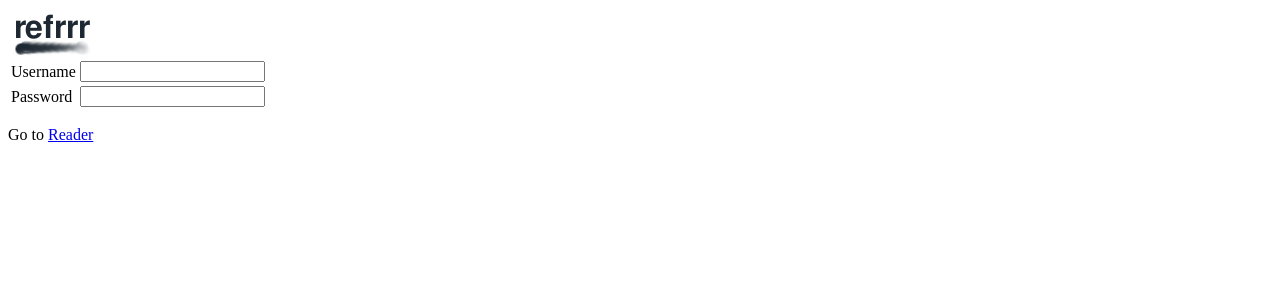
Repository: amitamb/refrrr
Page: http://localhost/greader/
An editor plug-in stored every save of this project. The page is shown before and after the next save, followed by the edit.
The browser window is 1280 px wide. The pictures show the whole page.
The page is run by PHP 8.4 with error messages shown; the project is at /var/www/html/.

Above is the page before, as saved 2010-07-31 19:26:45.

### web/src/refrrr/index.php
<?php
require_once('framework/basicFrameworkInclude.php');
?>

<img src="images/refrrr.png"> <br />

<?php

//Show login
$inputs = array();

$inputs[] = new Input('text', 'username', 'username', '', 'Username');
$inputs[] = new Input('text', 'password', 'password', '', 'Password');

showForm($inputs, '', 'get');

?>

Go to <a href="reader.htm">Reader</a>

### web/src/refrrr/framework/basicFrameworkInclude.php
<?php

require_once('formHelper.php');

?>

### web/src/refrrr/framework/formHelper.php
<?

class Input
{
	protected $value=null;
	protected $name=null;
	protected $id=null;
	protected $type=null;
	protected $label=null;

	public function __construct($type, $id, $name, $value, $label)
	{
		$this->type = $type;
		$this->id = $id;
		$this->name = $name;
		$this->value = $value;
		$this->label = $label;
	}

	public function __toString()
	{
		$retVal = "<tr><td>";
 		$retVal = $retVal."$this->label";
		$retVal .= "</td>";
		$retVal .= "<td>";
		$retVal .= "<input type='$this->type' value='$this->value' name='$this->name' id='$this->id'></input>";
		$retVal .= "</td></tr>";

		return $retVal;
	}
}

function showForm($inputs, $action, $method)
{
	print "<form method='$method' action='$action'>";
	print "<table>";
	foreach ($inputs as $input)
	{
		print $input;
	}
	print "</table>";
	print "</form>";
}

?>

After the next save:
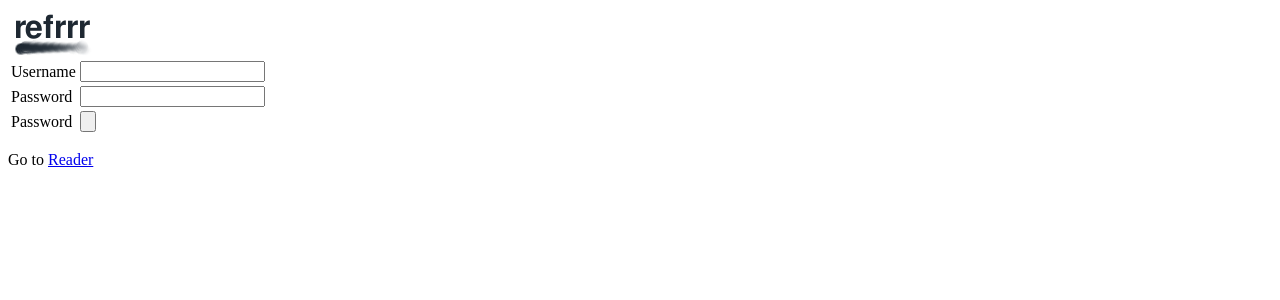
Saved 11 s later.
--- a/web/src/refrrr/index.php
+++ b/web/src/refrrr/index.php
@@ -11,6 +11,7 @@
 
 $inputs[] = new Input('text', 'username', 'username', '', 'Username');
 $inputs[] = new Input('text', 'password', 'password', '', 'Password');
+$inputs[] = new Input('submit', '', 'password', '', 'Password');
 
 showForm($inputs, '', 'get');
 
